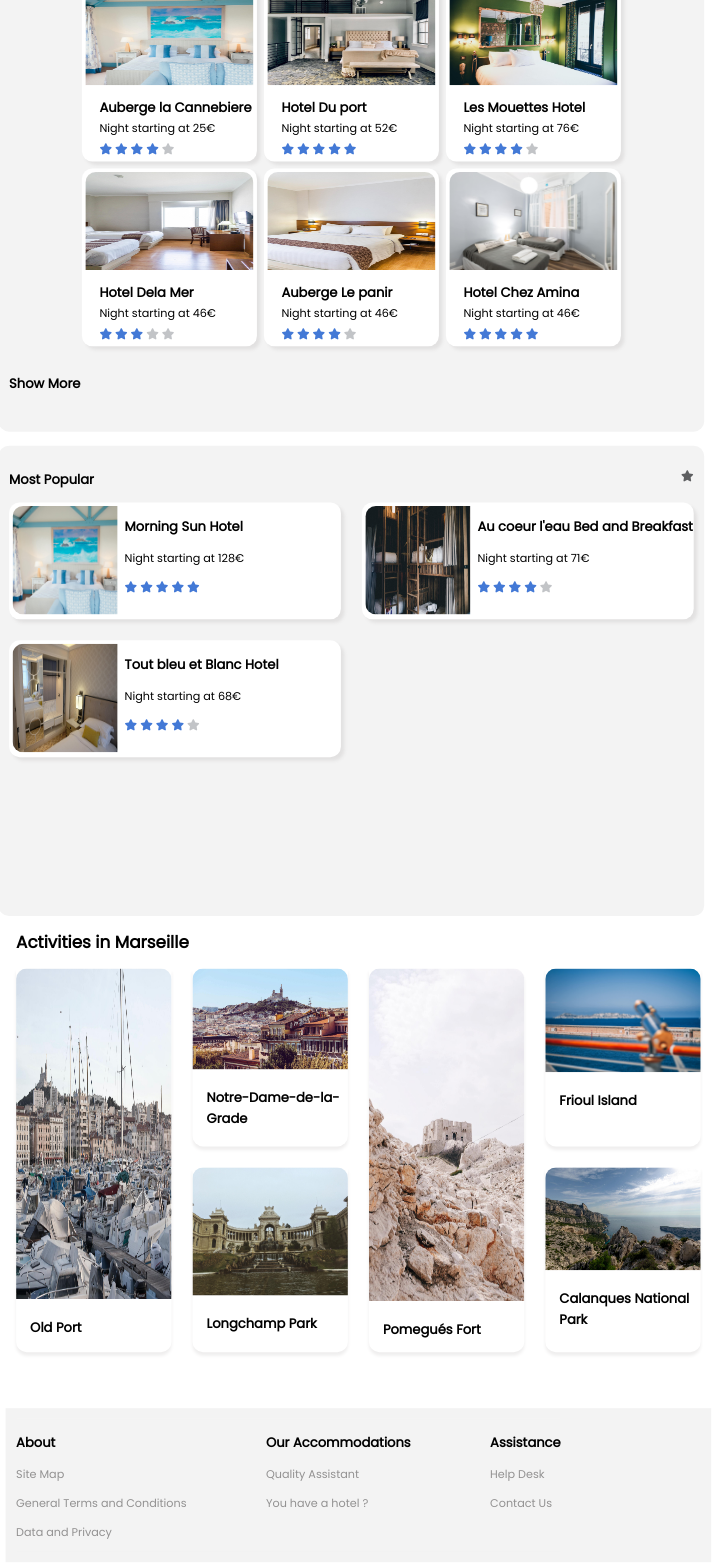
Repository: ailahin/booki
Page: index.html
The author's editor kept a copy of each file at every save. The page is drawn from the files as they stood at one save, then again after the next save.
The browser window is 1024 px wide. The pictures show the part of the page from y = 524 to 2764 px (the page is 2764 px tall before and 2736 px after), at 70% of full size.
Some web fonts or font styles are not loaded; a fallback is used. Some web libraries are served in a nearby version.

Above is the page before, as saved 2023-07-19 04:40:10.

### index.html
<!DOCTYPE html>
<html lang="en">
<head>
    <meta charset="UTF-8">
    <meta http-equiv="X-UA-Compatible" content="IE=edge">
    <meta name="viewport" content="width=device-width, initial-scale=1.0">
    <title>Booki</title>
    <link rel="stylesheet" href="css/index.css">
    <link rel="stylesheet" href="https://fonts.googleapis.com/css?family=Poppins|Sofia|Trirong">

    <!-- Google fronts -->
    <link rel="preconnect" href="https://fonts.googleapis.com">
    <link rel="preconnect" href="https://fonts.gstatic.com" crossorigin>
    <link href="https://fonts.googleapis.com/css2?family=Poppins&display=swap" rel="stylesheet">

    <script src="https://kit.fontawesome.com/a5dfdf2455.js" crossorigin="anonymous"></script>

</head>
<body>
    <header class="body">
        <nav>
            <div class="navbar">
                <div class="booki">
                    <img src="images/logo/Booki.png" alt="">
                </div>

                <div class="nav-flex">
                    <div id="nav-accommodation-text">
                        <a href="">Accommodations</a>
                     </div>
                     <div id="nav-activities-text" class="activities">
                         <a href=""> Activities</a>
                     </div>
               </div>
            </div>
        </nav>
    </header>

   <main class="body">
    <section>
        <div>
            <h3 class="dream-vacation">Find  a place for your dream vacation</h3>
        <p class="downtown"> Downtown or in nature</p>
        </div>

        <div class="search-bar">
            <div class="search-icon"> <i class="fa-solid fa-location-dot"></i> </div>
            <div class="search-place">
                <div class="placeholder">
                <input type="search" name="marseille, France" placeholder="Marseille, France" id="marseille">
            </div>
        </div>
            <div class="search-btn">Search</div>
        </div>

        <div>
            <div class="filters-bar">


                <div class="filters">
                    <div class="filters-text">
                        <H4>Filters</H4>
                    </div>
                    <div class="cost">
                        <div class="filters-icon"> <i class="fa-solid fa-money-bill-wave" style="color: #192fd7;"></i></div>
                        <div class="icon">Low cost</div>
                    </div>

                       <div class="cost">
                        <div class="filters-icon"> <i class="fa-solid fa-person" style="color: #192fd7;"></i></div>
                        <div class="icon">Family Friendly</div>
                       </div>

                       <div class="cost">
                        <div class="filters-icon"> <i class="fa-solid fa-heart" style="color: #192fd7;"></i></div>
                        <div class="icon">Romantic</div>
                       </div>

                       <div class="cost">
                        <div class="filters-icon"> <i class="fa-solid fa-dog" style="color: #192fd7;"></i></div>
                        <div class="icon">Pets Allowed</div>
                       </div>


                </div>
            </div>

           <div>
            <div class="info">
                <div >
                    <i class="fa-solid fa-info" style="color: #192fd7;"></i>
                </div>

                <div>
                    <p> More then 500 accommodations are available in this city</p>
                </div>
            </div>
           </div>
        </div>


    </section>
    <section class="accomodations-details">

        <section class="all-accomodations" >

            <div>
                <h3>Accommodations in Marseille</h3>
            </div>

            <div class="all-accomodations-details">

                <div class="details-container">
                    <div>
                        <img src="images/hebergements/2_large/annie-spratt-Eg1qcIitAuA-unsplash.jpg" alt="">

                    </div>
                    <div class="details-text">
                        <h3>
                            Auberge la Cannebiere
                        </h3>
                        <div>
                            <p>
                                Night starting at 25€
                            </p>
                        </div>
                        <div>
                            <i class="fa-solid fa-star" style="color: #4379d6;"></i>
                            <i class="fa-solid fa-star" style="color: #4379d6;"></i>
                            <i class="fa-solid fa-star" style="color: #4379d6;"></i>
                            <i class="fa-solid fa-star" style="color: #4379d6;"></i>
                            <i class="fa-solid fa-star" style="color: #c2c4c7;"></i>
                        </div>
                    </div>
                </div>

                <div class="details-container">
                    <div><img src="images/hebergements/2_large/aw-creative-VGs8z60yT2c-unsplash.jpg" alt=""></div>
                    <div class="details-text">
                        <h3>Hotel Du port </h3>

                        <div>
                            <p>   Night starting at 52€ </p>
                        </div>
                        <div>
                            <i class="fa-solid fa-star" style="color: #4379d6;"></i>
                            <i class="fa-solid fa-star" style="color: #4379d6;"></i>
                            <i class="fa-solid fa-star" style="color: #4379d6;"></i>
                            <i class="fa-solid fa-star" style="color: #4379d6;"></i>
                            <i class="fa-solid fa-star" style="color: #4379d6;"></i>

                        </div>
                    </div>
                </div>
                <div class="details-container">
                    <div><img src="images/hebergements/2_large/emile-guillemot-Bj_rcSC5XfE-unsplash.jpg" alt=""></div>
                    <div class="details-text">
                        <h3> Les Mouettes Hotel</h3>

                        <div>
                            <p>
                                Night starting at 76€
                            </p>
                            <div>
                                <i class="fa-solid fa-star" style="color: #4379d6;"></i>
                                <i class="fa-solid fa-star" style="color: #4379d6;"></i>
                                <i class="fa-solid fa-star" style="color: #4379d6;"></i>
                                <i class="fa-solid fa-star" style="color: #4379d6;"></i>
                                <i class="fa-solid fa-star" style="color: #c2c4c7;"></i>
                            </div>
                        </div>
                    </div>
                </div>
                <div class="details-container">
                    <div><img src="images/hebergements/2_large/febrian-zakaria-M6S1WvfW68A-unsplash.jpg" alt=""></div>

                    <div class="details-text">
                        <h3>
                                Hotel Dela Mer
                        </h3>
                        <div>
                            <p> Night starting at 46€</p>
                        </div>
                        <div>
                            <i class="fa-solid fa-star" style="color: #4379d6;"></i>
                            <i class="fa-solid fa-star" style="color: #4379d6;"></i>
                            <i class="fa-solid fa-star" style="color: #4379d6;"></i>

                            <i class="fa-solid fa-star" style="color: #c2c4c7;"></i>
                            <i class="fa-solid fa-star" style="color: #c2c4c7;"></i>
                        </div>
                    </div>
                </div>
                <div class="details-container">
                    <div><img src="images/hebergements/2_large/febrian-zakaria-sjvU0THccQA-unsplash.jpg" alt=""></div>

                    <div class="details-text">
                        <h3>Auberge Le panir</h3>
                    </div>
                    <div class="details-text">
                        <p > Night starting at 46€ </p>
                    </div>
                    <div class="details-text">
                        <i class="fa-solid fa-star" style="color: #4379d6;"></i>
                        <i class="fa-solid fa-star" style="color: #4379d6;"></i>
                        <i class="fa-solid fa-star" style="color: #4379d6;"></i>
                        <i class="fa-solid fa-star" style="color: #4379d6;"></i>

                        <i class="fa-solid fa-star" style="color: #c2c4c7;"></i>

                    </div>


                </div>
                <div class="details-container">
                    <div><img src="images/hebergements/2_large/fred-kleber-gTbaxaVLvsg-unsplash.jpg" alt=""></div>

                    <div class="details-text">
                        <h3>Hotel Chez Amina</h3>
                        <div>
                            <p>Night starting at 46€</p>
                        </div>
                        <div>
                            <i class="fa-solid fa-star" style="color: #4379d6;"></i>
                            <i class="fa-solid fa-star" style="color: #4379d6;"></i>
                            <i class="fa-solid fa-star" style="color: #4379d6;"></i>
                            <i class="fa-solid fa-star" style="color: #4379d6;"></i>
                            <i class="fa-solid fa-star" style="color: #4379d6;"></i>

                        </div>
                    </div>


                </div>


            </div>

            <div class="show-more">
                <h3>Show More</h3>
            </div>

        </section>

        <section class="most-popular">

            <div class="most-popular-icon">
                <h3>
                    Most Popular
                </h3>
                <p>
                    <i class="fa-solid fa-star" style="color: #5d5e60" > </i>
                </p>


            </div>

            <div class="most-popular-details">
                <div class="popular-details-container">
                    <div>
                        <img src="images/hebergements/2_large/annie-spratt-Eg1qcIitAuA-unsplash.jpg" alt="">
                    </div>
                    <div class="popular-details-text">
                        <h3>Morning Sun Hotel</h3>
                        <p>Night starting at 128€</p>
                        <div>
                            <div>
                                <i class="fa-solid fa-star" style="color: #4379d6;"></i>
                                <i class="fa-solid fa-star" style="color: #4379d6;"></i>
                                <i class="fa-solid fa-star" style="color: #4379d6;"></i>
                                <i class="fa-solid fa-star" style="color: #4379d6;"></i>
                                <i class="fa-solid fa-star" style="color: #4379d6;"></i>

                            </div>
                        </div>
                    </div>
                </div>
                <div class="popular-details-container" >
                    <div>
                        <img src="images/hebergements/2_large/nicate-lee-kT-ZyaiwBe0-unsplash.jpg" alt="">
                    </div>
                    <div class="popular-details-text">
                        <h3>Au coeur l'eau Bed and Breakfast</h3>
                        <p>Night starting at 71€</p>
                        <div>
                            <i class="fa-solid fa-star" style="color: #4379d6;"></i>
                            <i class="fa-solid fa-star" style="color: #4379d6;"></i>
                            <i class="fa-solid fa-star" style="color: #4379d6;"></i>
                            <i class="fa-solid fa-star" style="color: #4379d6;"></i>
                            <i class="fa-solid fa-star" style="color: #c2c4c7;"></i>

                        </div>
                    </div>
                </div>
                <div class="popular-details-container">
                    <div>
                        <img src="images/hebergements/2_large/reisetopia-B8WIgxA_PFU-unsplash.jpg" alt="">
                    </div>
                    <div class="popular-details-text">
                        <h3>Tout bleu et Blanc Hotel</h3>
                        <p>Night starting at 68€</p>
                        <div>
                            <i class="fa-solid fa-star" style="color: #4379d6;"></i>
                            <i class="fa-solid fa-star" style="color: #4379d6;"></i>
                            <i class="fa-solid fa-star" style="color: #4379d6;"></i>
                            <i class="fa-solid fa-star" style="color: #4379d6;"></i>
                            <i class="fa-solid fa-star" style="color: #c2c4c7;"></i>

                        </div>
                    </div>
                </div>

            </div>



        </section>

    </section>

    <section>
        <div>
            <h1> Activities in Marseille</h1>
        </div>
        <div>
            <div class="activites-images">
                <div class="activites-container" id="one">
                  <div>
                    <img src="images/activites/2_large/reno-laithienne-QUgJhdY5Fyk-unsplash.jpg " alt="">
                  </div>

                  <div class="text-container">
                    <h3>Old Port</h3>
                </div>
                </div>
                <div class="activites-container" id="two">
                    <div>
                        <img src="images/activites/2_large/florian-wehde-xW9e8gdotxI-unsplash.jpg" alt="">
                    </div>
                    <div class="text-container">
                        <h3>Notre-Dame-de-la-Grade</h3>
                    </div>
                </div>
                <div  class="activites-container" id="three">
                    <div>
                        <img src="images/activites/2_large/lena-paulin-wH2-EJoDcV0-unsplash.jpg" alt="">
                    </div>
                    <div class="text-container">
                        <h3>Longchamp Park </h3>
                    </div>
                 </div>
                <div class="activites-container" id="four">
                    <div>
                        <img src="images/activites/2_large/paul-hermann-QFTrLdQIRhI-unsplash.jpg" alt="">
                    </div>

                    <div class="text-container">
                        <h3>Pomegués Fort</h3>
                    </div>
                </div>
                <div class="activites-container" id="five">
                   <div>
                    <img src="images/activites/2_large/kevin-hikari-rV_Qd1l-VXg-unsplash.jpg " alt="">
                   </div>
                   <div class="text-container">
                    <h3> Frioul Island </h3>
                   </div>
                </div>
                <div class="activites-container" id="six">
                    <div>
                        <img src="images/activites/2_large/kilyan-sockalingum-NR8-cBCN3aI-unsplash.jpg" alt="">
                    </div>

                    <div class="text-container">
                        <h3>Calanques National Park</h3>
                    </div>
                </div>
            </div>
        </div>
    </section>
   </main>

    <footer class="footer-main">
        <section>
            <div class="footer">
                <div class="about">
                    <h3> About</h3>
                    <p> Site Map</p>
                    <p>General Terms and Conditions  </p>
                    <p>Data and Privacy </p>


                </div>
                <div class="accommodations">
                    <h3> Our Accommodations</h3>
                    <p>Quality Assistant</p>
                    <p>You have a hotel ?</p>

                </div>

                <div class="assistance">
                        <h3>
                            Assistance
                        </h3>

                        <p>Help Desk</p>
                        <p>Contact Us</p>
                </div>
            </div>
        </section>

    </footer>

</body>
</html>

### css/index.css
.body{
    font-family: "poppins", sans-serif;
    padding-left: 15px;
    padding-right: 15px;
}
.navbar{
    display: flex;
    flex-direction: row;
    justify-content:space-between;
    align-items: center;
}

.nav-flex{
    display:flex;
    padding-left: 20px;
    padding-right: 20px;
    justify-content:space-around;
}
.nav-flex a{
    text-decoration: none;
}
.nav-flex a:hover{
    border-top: 2px solid blue;
    color: blue;
    padding-top: 30px;


}
.dream-vacation{

}
.downtown{
    color: rgb(80, 79, 79);

}
.activities{
    margin-left: 100px;
}

.search-bar{
    display:flex;
    align-items: center;


}
.search-icon{
    display: flex;
    background-color: rgb(232, 233, 234);
    height:38px;
    width: 38px;
    align-items: center;
    justify-content: center;
    border-radius: 10px 0 0 10px;

}
.placeholder input{
   height: 38px;
   border-left: 0px;
   border-right: 0px;
   border: 1px solid rgb(220, 218, 218);
   padding: 10px;
}
.placeholder{


}

 .search-place{


 }



.search-btn{
    background-color: rgb(58, 92, 227);
    color:white;
    height: 22px;
    padding:8px;
    border-radius: 0  10px 10px 0;
}
.filters-bar{
    margin-top: 20px;

}

.cost{
    display: flex;
    border: 1px solid;
    border-left: 0px;
   border-color: rgb(220, 215, 215);
   height: 40px;
   width: 190px;
   align-items: center;
   gap: 20px;
   border-radius: 20px;
}
.filters-icon{
    display: flex;
    background-color: rgb(171, 217, 233);
    height:42px ;
    width: 42px;
    align-items: center;
    border-radius: 100%;
    justify-content: center;
}
.filters{
    display: flex;
    gap: 20px;
}
.filters-text{
   display: flex;
   height: 38px;
   align-items: center;
}

.fa-info{
    display: flex;
    border: 1px rgb(193, 200, 207) solid;
    border-radius: 100%;
    width: 20px;
    height: 20px;
    align-items: center;
    justify-content: center;
}
.info{
    display: flex;
    align-items: center;
    text-align: center;
    gap:5px;
    margin-top: 30px;
}
.info p{
    color: rgb(133, 135, 137);
}

.accomodations-details{
    display: flex;

}
.all-accomodations{
    width: 66%;
    background-color:rgb(243, 243, 243);
    padding: 15px;
    margin-top: 20px;
    margin-right: 20px;
    border-radius: 15px;
}

.show-more{
    padding-top: 20px;
    padding-bottom: 20px;
}
.most-popular{
    width: 34%;
    background-color:rgb(243, 243, 243);
    padding:15px;
    margin-top: 20px;
    border-radius: 15px;
    padding-bottom: 30px;

}
.most-popular-icon{
    display: flex;
    justify-content: space-between;

}
.all-accomodations-details img{
    width: 240px;
    height: 140px;
    border-top-left-radius: 15px;
    border-top-right-radius: 15px;

}
.all-accomodations-details{
   display: grid;
   grid-template-columns: repeat(3, 1fr);
   gap: 10px;

}

.details-container{
    background-color:white;
    padding: 5px;
    border-radius: 15px;
    box-shadow: 5px 5px 5px 0px rgb(226, 225, 225);


}

.details-text {
margin-left: 20px;
line-height: .3cm;
margin-bottom: 5px;


}
.most-popular-details{
    display: grid;
    grid-template-rows: repeat(3, 1fr);
    gap:30px;


}
.popular-details-container img{
    width:150px;
    height: 155px;
    border-top-left-radius: 15px;
    border-bottom-left-radius: 15px;
    margin-top: 2px;
    margin-left: 2px;

}
.popular-details-container{
    display: flex;
    background-color:white;
    padding-top: 3px;
    padding-left: 3px;
    border-radius: 15px;
    box-shadow: 5px 5px 5px 0px rgb(226, 225, 225);
}
.popular-details-text{
    margin-left: 10px;
    line-height: .7cm;

}

.activites-images img{
    width: 100%;
    border-top-left-radius: 15px;
    border-top-right-radius: 15px;



  }

  .activites-images {
    display: grid;
    grid-template-columns: repeat(4, 1fr);
    gap: 30px;
    margin-bottom: 80px;

  }

  .activites-container{
    box-shadow: 0px 5px 5px 0px rgb(239, 238, 238);
    border-bottom-left-radius: 15px;
    border-bottom-right-radius: 15px;
  }


#one{
    grid-row: 1/3;
    grid-row: 1 / 3;

}

#one img{

    height: 472px;

}

.text-container{

    margin-left: 20px;

}

#two{

}
#three{
    grid-column: 2/3;
    grid-row:2/3 ;
}
#three img{
   height: 183px;

}
#four {
    grid-row: 1/3;
    border-top-right-radius: 15px;
}

#four img {

    height: 475px;
}

#five{
    grid-column: 4/5;
    grid-row:1/2 ;
}
#six{
    grid-column: 4/5;
    grid-row:2/3 ;
}

.footer{
    display: flex;
    justify-content: space-between;
    background-color:rgb(243, 243, 243);
    font-family: "poppins", sans-serif;
    margin-right: 200px;
}
.footer p{
    color: rgb(146, 145, 145);
}
.footer-main{
    background-color:rgb(243, 243, 243);
    padding: 15px;

}



 @media only screen and (max-width: 400px){
    .nav-flex{

    }
    .nav-flex a:hover{
        border-bottom: 2px solid blue;
        color: blue;
        padding-top: 1px;
        border-top: 2px white solid;
    }


    }








/* Extra small devices (phones, 600px and down) */
@media only screen and (max-width: 768px) {
    .navbar{
       display: flex;
       flex-wrap: wrap;
       justify-content: center;
       align-items: center;
       margin-bottom: 30px;


    };

    .nav-flex{

    }

    .filters {
        width: 100%;
        display:flex;
        flex-direction: column;
        flex-wrap:wrap;

    }
    .accomodations-details{
        display: flex;
        flex-direction:column-reverse;
        flex-wrap: wrap;
    }
    .all-accomodations{
        width: 100%;
        align-items: center;
        justify-content: center;

    }
    .all-accomodations-details{
        display: flex;
        flex-direction: row;
        flex-wrap: wrap;
        align-items: center;
        justify-content: center;

    }

    .most-popular{
        width: 100%;

    }


    .most-popular-details img{
        width:150px;
        height: 155px;
        border-top-left-radius: 15px;
        border-bottom-left-radius: 15px;
        margin-top: 2px;
        margin-left: 2px;

    }


.footer{
    display: flex;
    flex-direction: column;
}

.activites-images {
   display: flex;
   flex-direction: column-reverse;


}

  }



  /* Small devices (portrait tablets and large phones, 600px and up) */
  @media only screen and (min-width: 769px) and ( max-width: 1200px) {
    /* .body {background: green;} */

    .accomodations-details{
        display: flex;
        flex-wrap: wrap;
        align-content: center;
        justify-content: space-between;
        flex-direction: column;


    }
    .all-accomodations{
        width: 100%;
        align-items: center;
        justify-content: center;


    }
    .all-accomodations-details{
        display: flex;
        flex-wrap: wrap;
        align-items: center;
        justify-content: center;
        margin-right: 0px;

     }

    .most-popular{
        width: 100%;

    }
    .most-popular-details {
        display: grid;
        grid-template-columns: repeat(2, 1fr);
        gap: 30px;
    }


    .most-popular-details img{
        width:150px;
        height: 155px;
        border-top-left-radius: 15px;
        border-bottom-left-radius: 15px;
        margin-top: 2px;
        margin-left: 2px;

    }





  }

  /* Medium devices (landscape tablets, 768px and up) */
  @media only screen and (max-width: 800px) and ( min-width: 1000px) {

    .all-accomodations-details{
        display: grid;
        grid-template-columns: repeat(3, 1fr);
        gap: 5px;
     }



}

  /* Large devices (laptops/desktops, 992px and up) */
  @media only screen and (min-width: 992px) {


  }

  /* Extra large devices (large laptops and desktops, 1200px and up) */
  @media only screen and (min-width: 1200px) {


  }

After the next save:
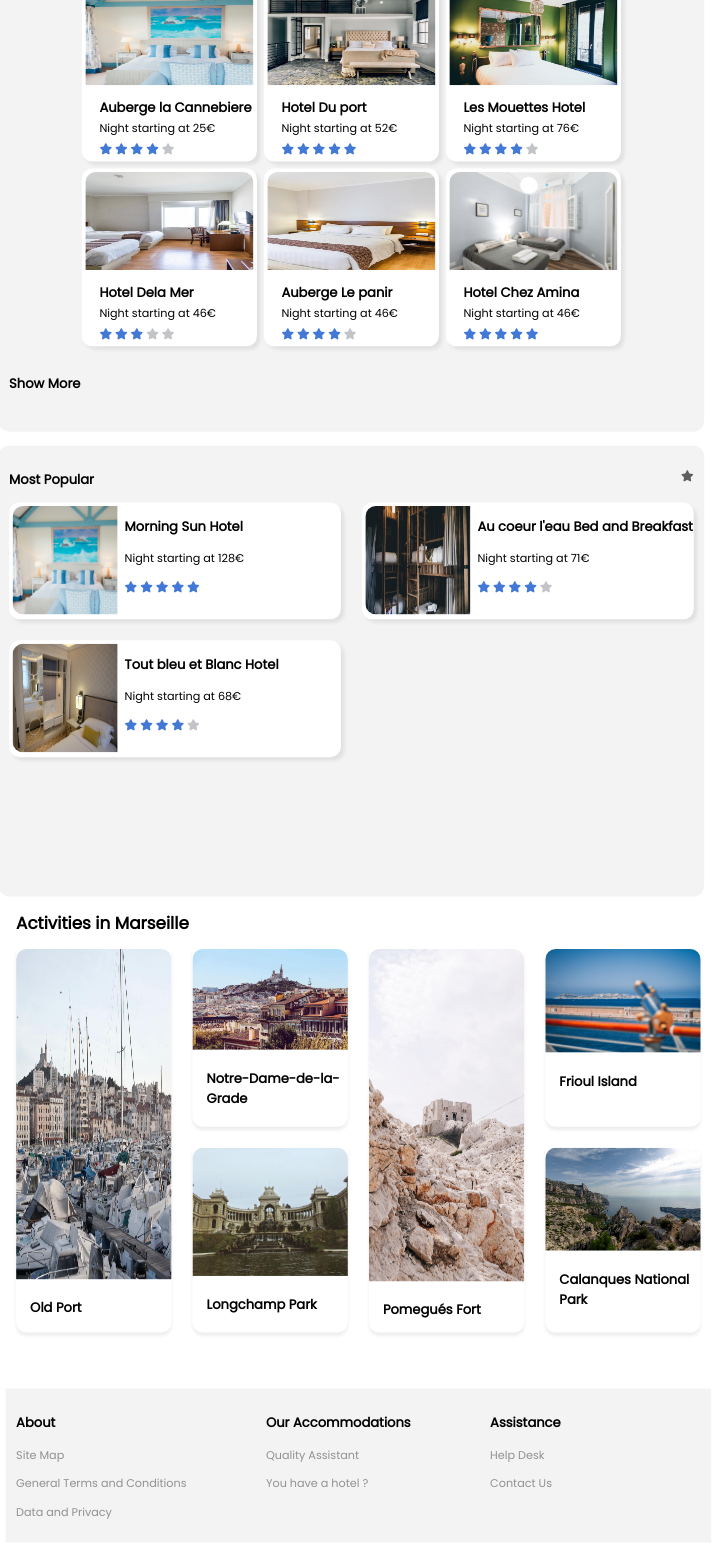
Saved 2 min 10 s later.
--- a/css/index.css
+++ b/css/index.css
@@ -443,6 +443,7 @@ margin-bottom: 5px;
 
     .most-popular{
         width: 100%;
+        padding-bottom: 2px;
 
     }
     .most-popular-details {
